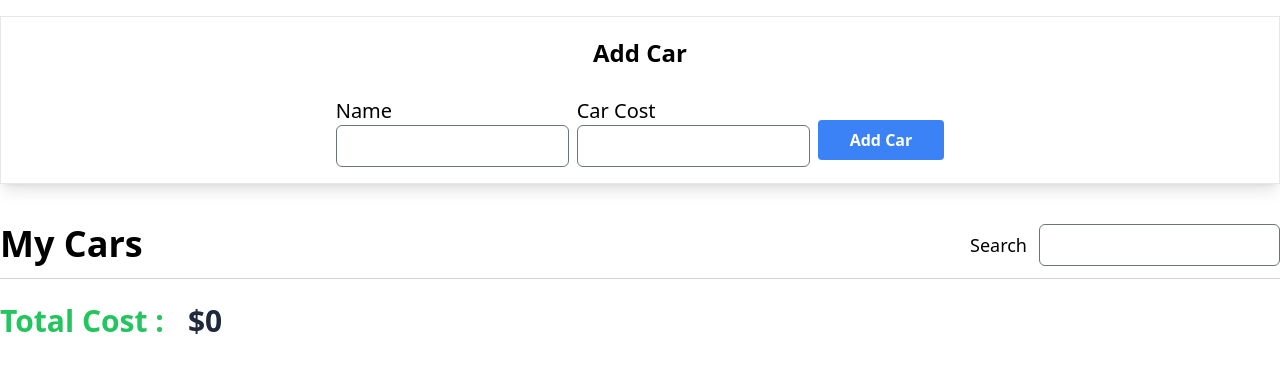
Repository: Marhamat92/carsappreduxtoolkit
Page: /
An editor plug-in stored every save of this project. The page is shown before and after the next save, followed by the edit.
The browser window is 1280 px wide. The pictures show the whole page.
The project was rebuilt for these pictures with package versions that can differ from the ones it lists, and the page was loaded fresh each time.

Above is the page before, as saved 2023-01-24 00:59:13.

### src/index.js
import React from 'react';
import ReactDOM from 'react-dom/client';
import './index.css';
import App from './App';
import { Provider } from 'react-redux';
import { store } from './store'


const root = ReactDOM.createRoot(document.getElementById('root'));
root.render(
  <Provider store={store}>
    <App />
  </Provider>
);

### src/App.js
import CarForm from "./components/CarForm";
import CarList from "./components/CarList";
import CarSearch from "./components/CarSearch";
import CarValue from "./components/CarValue";


function App() {
  return (
    <div className="container mx-auto">
      <CarForm />
      <CarSearch />
      <CarList />
      <CarValue />
    </div>
  );
}

export default App;

### src/store/index.js
import { configureStore } from "@reduxjs/toolkit";
import {
  carsReducer,
  addCar,
  removeCar,
  changeSearchTerm,
} from "./slices/carsSlice";
import { formReducer, changeName, changeCost } from "./slices/formSlice";

const store = configureStore({
  reducer: {
    cars: carsReducer,
    form: formReducer,
  },
})

export { store, addCar, removeCar, changeSearchTerm, changeName, changeCost };

### src/components/CarForm.js
import React from 'react'
import { useDispatch, useSelector } from 'react-redux'
import { changeName, changeCost, addCar } from '../store'



function CarForm() {
  const dispatch = useDispatch(); // this is the hook that allows us to dispatch actions to the store
  const { name, cost } = useSelector((state) => { // this is the hook that allows us to access the store
    return {
      name: state.form.name,
      cost: state.form.cost
    }
  })


  const handleNameChange = (e) => {
    dispatch(changeName(e.target.value))
  }

  const handleCostChange = (e) => {
    const carCost = parseInt(e.target.value) || 0;
    dispatch(changeCost(carCost))

  }


  const handleSubmit = (e) => {
    e.preventDefault();
    dispatch(addCar({ name, cost }))
  }


  //!after adding a car, clear the form fields with extra reducers which will be added to the formSlice,otherwise we can use dispatch(changeName('')) and dispatch(changeCost(0)) to clear the form fields but it is not a good practice



  return (
    <div className='flex flex-col items-center justify-center border shadow-lg py-4 mt-4'>
      <h1 className='font-bold text-2xl py-1' >Add Car</h1>
      <div className='mt-6'>
        <form onSubmit={handleSubmit} className=''>
          <div className='flex flex-row space-x-2 '>
            <div className='flex flex-col'>
              <label className='text-xl' htmlFor='make'>Name</label>
              <input className=' border border-gray-500 rounded-md py-2

              ' value={name} onChange={handleNameChange} type='text' name='carName' id='carName' />
            </div>
            <div className='flex flex-col'>
              <label className='text-xl' htmlFor='price'>Car Cost</label>
              <input className=' border border-gray-500 rounded-md py-2

              ' value={cost || ''} onChange={handleCostChange} type='number' name='price' id='price' />
            </div>
            <div className='flex items-center '>
              <button className='bg-blue-500 hover:bg-blue-700 text-white font-bold py-2  px-8 rounded mt-4' type='submit'>Add Car</button>
            </div>
          </div>


        </form>
      </div>
    </div>
  )
}

export default CarForm

### src/components/CarList.js
import React from 'react'
import { useSelector, useDispatch } from 'react-redux'
import { removeCar } from '../store'


function CarList() {


  const dispatch = useDispatch();

  const cars = useSelector(({ cars: { searchTerm, data } }) => {   //! <--- destructuring the state object to get the searchTerm and data properties
    return data.filter((car) => {
      return car.name.toLowerCase().includes(searchTerm.toLowerCase())
    })
  })

  const handleDeleteCar = (car) => {
    dispatch(removeCar(car.id))
  }



  const renderedCars = cars.map((car) => {
    return (
      <div className='flex justify-between space-y-3 items-center shadow-lg mt-4 py-2 px-4 rounded-md' key={car.id}>
        <p className='text-3xl' >{car.name} - ${car.cost}</p>
        <button onClick={() => handleDeleteCar(car)} className='bg-red-500 px-4 py-2 text-3xl rounded-md'>
          Remove
        </button>
      </div>
    )
  })




  return (
    <div>{renderedCars}</div>
  )
}

export default CarList

### src/components/CarSearch.js
import React from 'react'
import { useSelector, useDispatch } from 'react-redux'
import { changeSearchTerm } from '../store'


function CarSearch() {

  const dispatch = useDispatch();
  const searchTerm = useSelector((state) => {

    return state.cars.searchTerm

  })

  const handleSearchCarTerm = (e) => {
    dispatch(changeSearchTerm(e.target.value))
  }



  return (
    <div>
      <div className='flex justify-between mt-10 border-b border-gray-300 pb-3' >
        <h1 className='text-4xl font-bold' >My Cars</h1>
        <div className='flex space-x-3 items-center' >
          <label className='text-lg' htmlFor="">Search</label>
          <input value={searchTerm} onChange={handleSearchCarTerm} className='pl-2 border border-gray-500 py-2 rounded-md' type="text" />
        </div>
      </div>
    </div>
  )
}

export default CarSearch

### src/components/CarValue.js
import React from 'react'
import { useSelector } from 'react-redux'

function CarValue() {

  const totalCost = useSelector(({ cars: { data, searchTerm } }) =>
    data.filter((car) => car.name.toLowerCase().includes(searchTerm.toLowerCase())
    )
      .reduce((acc, car) => acc + car.cost, 0)
  );



  return (
    <div className='flex  space-x-6 mt-6'>
      <h1 className='text-3xl font-bold text-green-500' >Total Cost :</h1>
      <h1 className='text-3xl font-bold text-slate-800'>${totalCost}</h1>
    </div>
  )
}

export default CarValue

### src/store/slices/carsSlice.js
import { createSlice, nanoid } from '@reduxjs/toolkit';

const carsSlice = createSlice({
  name: 'cars',
  initialState: {
    data: [],
    searchTerm: ''
  },
  reducers: {
    changeSearchTerm(state, action) {
      state.searchTerm = action.payload;
    },
    addCar(state, action) {
      //Assumption:
      //action.payload is an object with the following properties:
      //name, cost, id
      state.data.push({
        name: action.payload.name,
        cost: action.payload.cost,
        id: nanoid()
      })
    },
    removeCar(state, action) {
      //Assumption:
      //action.payload is the id of the car to remove
      const updatedCars = state.data.filter((car) => {
        return car.id !== action.payload;
      })
      state.data = updatedCars;
    }

  }
})

export const { changeSearchTerm, addCar, removeCar } = carsSlice.actions;
export const carsReducer = carsSlice.reducer;

### src/store/slices/formSlice.js
import { createSlice } from '@reduxjs/toolkit';
import { addCar } from './carsSlice';

const formSlice = createSlice({
  name: 'form',
  initialState: {
    name: '',
    cost: 0
  },
  reducers: {
    changeName(state, action) {
      state.name = action.payload;
    },
    changeCost(state, action) {
      state.cost = action.payload;
    }
  },
  extraReducers(builder) {
    builder.addCase(addCar, (state, action) => {
      state.name = '';
      state.cost = 0;
    })
  }
})

//extraReducers is a function that takes a builder object as an argument and we can use the builder object to add extra reducers to the formSlice
//addCase is a function that takes an action and a reducer as arguments and adds the reducer to the formSlice
//the reducer will be called when the action is dispatched


export const { changeName, changeCost } = formSlice.actions;
export const formReducer = formSlice.reducer;

Loaded but not shown: public/index.html (common file); src/index.css (common file); tailwind.config.js (common file)

After the next save:
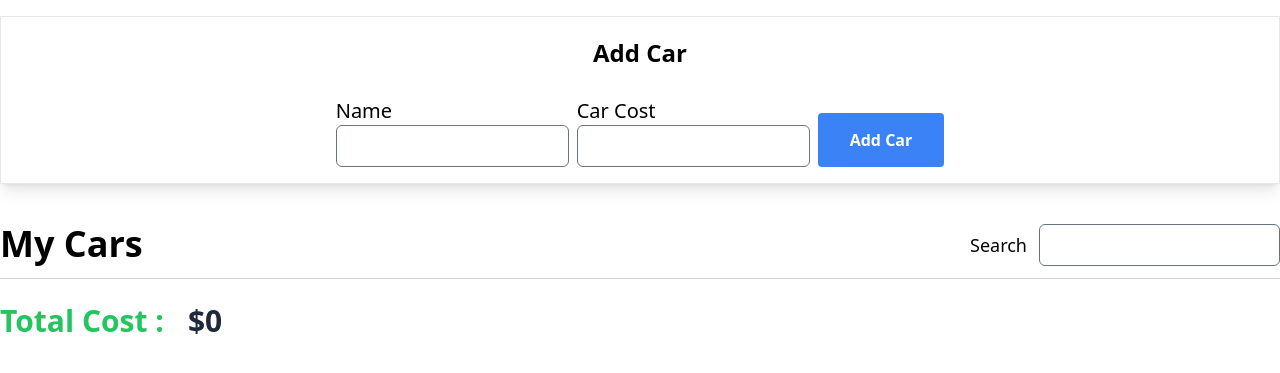
Saved 16 s later.
--- a/src/components/CarForm.js
+++ b/src/components/CarForm.js
@@ -53,7 +53,7 @@ function CarForm() {
 
               ' value={cost || ''} onChange={handleCostChange} type='number' name='price' id='price' />
             </div>
-            <div className='flex items-center '>
+            <div className='flex items-bottom '>
               <button className='bg-blue-500 hover:bg-blue-700 text-white font-bold py-2  px-8 rounded mt-4' type='submit'>Add Car</button>
             </div>
           </div>
